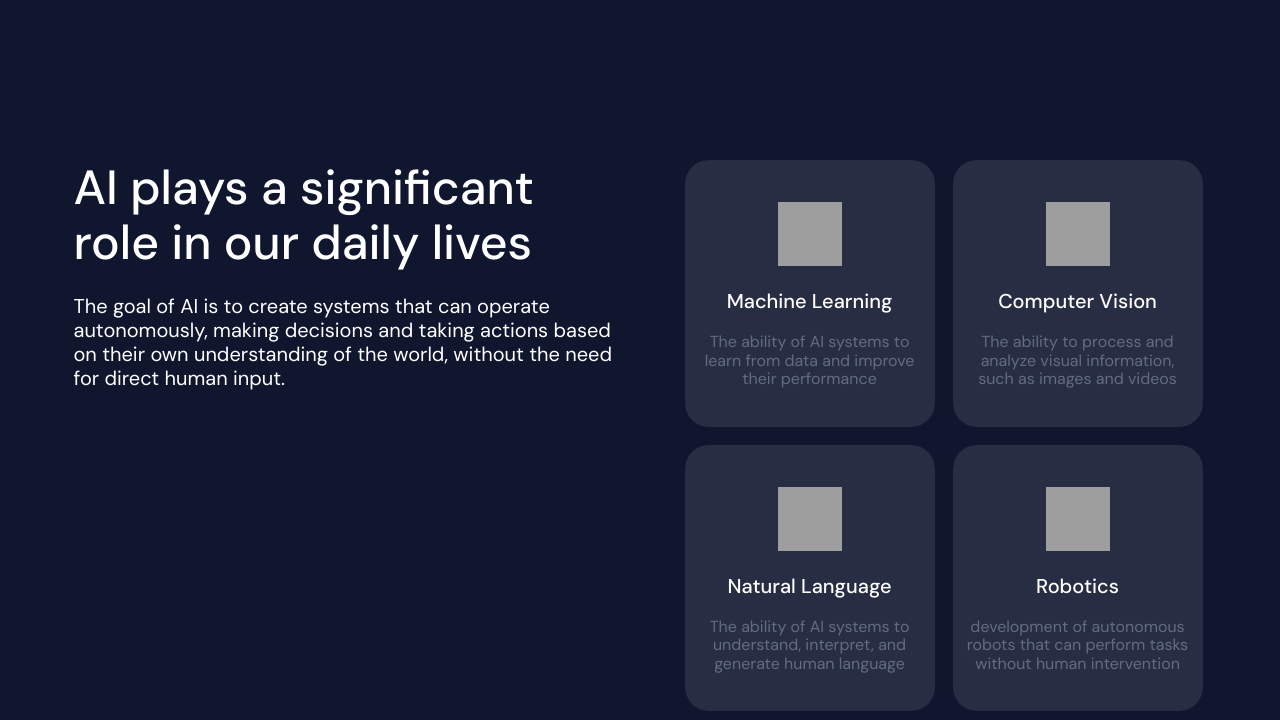
Repository: guli95/four-areas-of-AI-INVO-ACAdemy
Page: /
An editor plug-in stored every save of this project. The page is shown before and after the next save, followed by the edit.
The browser window is 1280 px wide. The pictures show the whole page.
Pictures or frames that could not be fetched are drawn as grey boxes. The project was rebuilt for these pictures with package versions that can differ from the ones it lists, and the page was loaded fresh each time.

Above is the page before, as saved 2023-03-13 15:34:47.

### index.html
<!DOCTYPE html>
<html lang="en">

<head>
  <meta charset="UTF-8" />
  <link rel="icon" type="image/svg+xml" href="/vite.svg" />
  <meta name="viewport" content="width=device-width, initial-scale=1.0" />
  <title>Four AI areas</title>
</head>

<!-- In order to start your challenge, remove all the content inside <div id="home-page"></div> and start coding :) -->

<body>
  <div id="home-page">
    <div class="flexbox-container">
      <div class="heading-wrapper">
        <h1 class="heading-title">AI plays a significant role in our daily lives</h1>
        <p class="heading-text">The goal of AI is to create systems that can operate autonomously, making decisions and taking actions based on their own understanding of the world, without the need for direct human input.</p>
      </div>
      <div class="card-container">
        <a href="" class="card-link">
        <div class="card">
          <img src="./public/images/card-icon1.png" alt="" class="card-img" role="presentation">
          <h3 class="card-title">Machine Learning</h3>
          <p class="card-text">The ability of AI systems to learn from data and improve their performance</p>
        </div>
        </a>
        <a href="" class="card-link">
        <div class="card">
          <img src="./public/images/card-icon2.png" alt="" class="card-img" role="presentation">
          <h3 class="card-title">Computer Vision</h3>
          <p class="card-text">The ability to process and analyze visual information, such as images and videos</p>
        </div>
        </a>
        <a href="" class="card-link">
        <div class="card">
          <img src="./public/images/card-icon3.png" alt="" class="card-img" role="presentation">
          <h3 class="card-title">Natural Language</h3>
          <p class="card-text">The ability of AI systems to understand, interpret, and generate human language</p>
        </div>
        </a>
        <a href="" class="card-link">
        <div class="card">
          <img src="./public/images/card-icon4.png" alt="" class="card-img" role="presentation">
          <h3 class="card-title">Robotics</h3>
          <p class="card-text">development of autonomous robots that can perform tasks without human intervention</p>
        </div>
        </a>
      </div>
    </div>
  </div>

  <script type="module" src="/src/global-scripts/main.js"></script>
</body>

</html>

### src/global-scripts/main.js
/// Main JavaScript File
/// Here we import all the global JavaScript files we need for our project.

import "../global-styles/style.scss";
import "../../src/pages/home-page/styles/home-page.scss";

### src/global-styles/style.scss
/// Main Styles File
/// Here we import all the global Styles files we need for our project.

@import "styles/normalize.scss";
@import "styles/root.scss";
@import "styles/fonts.scss";

body {
  font-family: 'DS sans', sans-serif;
  color: var(--color-primary);
}

p {
  color: var(--color-on-surface);
}

### src/pages/home-page/styles/home-page.scss
/// Homepage Styles File
/// Here we import all the Styles files we need for our Homepage.
@import '../../../global-styles/styles/_root.scss';

#home-page{
    color: var(--color-white);
    font-family: 'DM Sans',sans-serif;
    height: 100%;

 .flexbox-container{
    max-width: 1440px;
    padding: 0 20px;
    display: flex;
    justify-content: center;
    margin: 160px auto 0 auto;
    gap: 20px;
    @media screen and (max-width:1024px) {
        flex-direction:column;
        align-items: center;
        gap:24px;
    }
    @media screen and (max-width:480px) {
        padding: 48px 16px;
    }
    .heading-wrapper{
        font-family: "DM Sans", sans-serif;
        text-align: left ;
        vertical-align: top;
        max-width: 540px;
        padding-left: 47px;
        @media screen and (max-width:1024px) {
            width: 100%;
            padding: 0 16px;
        }
        .heading-title{
            font-size: var(--text-xl);
            font-weight: 500;
            line-height: 115%;
            letter-spacing: 0.2%;
            margin: 0 0 24px 0;
            @media screen and (max-width:1024px) {
                margin-bottom: 16px;
            }
            @media screen and (max-width:1024px) {
                font-size: var(--text-l);
            }
        }
        .heading-text{
            font-size: var(--text-m);
            line-height: 24px;
            font-weight: 300;

        }
        @media screen and (max-width:480px) {
            font-size: var(--text-s);
        }
    }
    .card-container{
        display: flex;
        justify-content: center;
        flex-wrap: wrap;
        gap: 18px;
        max-width: 620px;
        @media screen and (max-width:1024px) {
            width: 100%;
            gap:16px;
        }
        .card-link{
            display: flex;
            color: var(--color-white);
            text-decoration: none;
            flex-direction: column;
            justify-content: space-evenly;
            align-items: center;
            width: 230px;
            padding: 22px 10px;
            background-color:var(--color-secondary-grey);
            text-align: center;
            border-radius: var(--rounding-big);
            transition: .2s;
            &:hover{
                background-color: lighten($color: #272D42, $amount: 10) ;
            }
            @media screen and (max-width:480px) {
                width: 100%;
            }
            .card-img{
                margin-top: 20px;
                width: 64px;
                height: 64px;
                @media screen and (max-width:1024px) {
                    width: 56px;
                    height: 56px;
                }
            }
            .card-title{
                font-size: var(--text-m);
                font-weight: 500;
            }
            .card-text{
                font-size: var(--text-s);
                mix-blend-mode:soft-light;
                @media screen and (max-width:1024px) {
                    font-size: var(--text-xs);
                }
            }
        }

    }
}

}

### src/global-styles/styles/normalize.scss
/*! normalize.css v8.0.1 | MIT License | github.com/necolas/normalize.css */

/* Document
   ========================================================================== */

/**
 * 1. Correct the line height in all browsers.
 * 2. Prevent adjustments of font size after orientation changes in iOS.
 */

html {
  line-height: 1.15; /* 1 */
  -webkit-text-size-adjust: 100%; /* 2 */
  background-color: var(--color-primary-dark-blue);
}

/* Sections
   ========================================================================== */

/**
 * Remove the margin in all browsers.
 */

body {
  margin: 0;
}

/**
 * Render the `main` element consistently in IE.
 */

main {
  display: block;
}

/**
 * Correct the font size and margin on `h1` elements within `section` and
 * `article` contexts in Chrome, Firefox, and Safari.
 */

h1 {
  font-size: 2em;
  margin: 0.67em 0;
}

/* Grouping content
   ========================================================================== */

/**
 * 1. Add the correct box sizing in Firefox.
 * 2. Show the overflow in Edge and IE.
 */

hr {
  box-sizing: content-box; /* 1 */
  height: 0; /* 1 */
  overflow: visible; /* 2 */
}

/**
 * 1. Correct the inheritance and scaling of font size in all browsers.
 * 2. Correct the odd `em` font sizing in all browsers.
 */

pre {
  font-family: monospace, monospace; /* 1 */
  font-size: 1em; /* 2 */
}

/* Text-level semantics
   ========================================================================== */

/**
 * Remove the gray background on active links in IE 10.
 */

a {
  background-color: transparent;
}

/**
 * 1. Remove the bottom border in Chrome 57-
 * 2. Add the correct text decoration in Chrome, Edge, IE, Opera, and Safari.
 */

abbr[title] {
  border-bottom: none; /* 1 */
  text-decoration: underline; /* 2 */
  text-decoration: underline dotted; /* 2 */
}

/**
 * Add the correct font weight in Chrome, Edge, and Safari.
 */

b,
strong {
  font-weight: bolder;
}

/**
 * 1. Correct the inheritance and scaling of font size in all browsers.
 * 2. Correct the odd `em` font sizing in all browsers.
 */

code,
kbd,
samp {
  font-family: monospace, monospace; /* 1 */
  font-size: 1em; /* 2 */
}

/**
 * Add the correct font size in all browsers.
 */

small {
  font-size: 80%;
}

/**
 * Prevent `sub` and `sup` elements from affecting the line height in
 * all browsers.
 */

sub,
sup {
  font-size: 75%;
  line-height: 0;
  position: relative;
  vertical-align: baseline;
}

sub {
  bottom: -0.25em;
}

sup {
  top: -0.5em;
}

/* Embedded content
   ========================================================================== */

/**
 * Remove the border on images inside links in IE 10.
 */

img {
  border-style: none;
}

/* Forms
   ========================================================================== */

/**
 * 1. Change the font styles in all browsers.
 * 2. Remove the margin in Firefox and Safari.
 */

button,
input,
optgroup,
select,
textarea {
  font-family: inherit; /* 1 */
  font-size: 100%; /* 1 */
  line-height: 1.15; /* 1 */
  margin: 0; /* 2 */
}

/**
 * Show the overflow in IE.
 * 1. Show the overflow in Edge.
 */

button,
input { /* 1 */
  overflow: visible;
}

/**
 * Remove the inheritance of text transform in Edge, Firefox, and IE.
 * 1. Remove the inheritance of text transform in Firefox.
 */

button,
select { /* 1 */
  text-transform: none;
}

/**
 * Correct the inability to style clickable types in iOS and Safari.
 */

button,
[type="button"],
[type="reset"],
[type="submit"] {
  -webkit-appearance: button;
}

/**
 * Remove the inner border and padding in Firefox.
 */

button::-moz-focus-inner,
[type="button"]::-moz-focus-inner,
[type="reset"]::-moz-focus-inner,
[type="submit"]::-moz-focus-inner {
  border-style: none;
  padding: 0;
}

/**
 * Restore the focus styles unset by the previous rule.
 */

button:-moz-focusring,
[type="button"]:-moz-focusring,
[type="reset"]:-moz-focusring,
[type="submit"]:-moz-focusring {
  outline: 1px dotted ButtonText;
}

/**
 * Correct the padding in Firefox.
 */

fieldset {
  padding: 0.35em 0.75em 0.625em;
}

/**
 * 1. Correct the text wrapping in Edge and IE.
 * 2. Correct the color inheritance from `fieldset` elements in IE.
 * 3. Remove the padding so developers are not caught out when they zero out
 *    `fieldset` elements in all browsers.
 */

legend {
  box-sizing: border-box; /* 1 */
  color: inherit; /* 2 */
  display: table; /* 1 */
  max-width: 100%; /* 1 */
  padding: 0; /* 3 */
  white-space: normal; /* 1 */
}

/**
 * Add the correct vertical alignment in Chrome, Firefox, and Opera.
 */

progress {
  vertical-align: baseline;
}

/**
 * Remove the default vertical scrollbar in IE 10+.
 */

textarea {
  overflow: auto;
}

/**
 * 1. Add the correct box sizing in IE 10.
 * 2. Remove the padding in IE 10.
 */

[type="checkbox"],
[type="radio"] {
  box-sizing: border-box; /* 1 */
  padding: 0; /* 2 */
}

/**
 * Correct the cursor style of increment and decrement buttons in Chrome.
 */

[type="number"]::-webkit-inner-spin-button,
[type="number"]::-webkit-outer-spin-button {
  height: auto;
}

/**
 * 1. Correct the odd appearance in Chrome and Safari.
 * 2. Correct the outline style in Safari.
 */

[type="search"] {
  -webkit-appearance: textfield; /* 1 */
  outline-offset: -2px; /* 2 */
}

/**
 * Remove the inner padding in Chrome and Safari on macOS.
 */

[type="search"]::-webkit-search-decoration {
  -webkit-appearance: none;
}

/**
 * 1. Correct the inability to style clickable types in iOS and Safari.
 * 2. Change font properties to `inherit` in Safari.
 */

::-webkit-file-upload-button {
  -webkit-appearance: button; /* 1 */
  font: inherit; /* 2 */
}

/* Interactive
   ========================================================================== */

/*
 * Add the correct display in Edge, IE 10+, and Firefox.
 */

details {
  display: block;
}

/*
 * Add the correct display in all browsers.
 */

summary {
  display: list-item;
}

/* Misc
   ========================================================================== */

/**
 * Add the correct display in IE 10+.
 */

template {
  display: none;
}

/**
 * Add the correct display in IE 10.
 */

[hidden] {
  display: none;
}

### src/global-styles/styles/root.scss
/// Root Styles file
/// Here we define all the root variables we need for our project.
/// For examples see Material Design color system: https://m2.material.io/design/color/the-color-system.html

:root {
    $--color-primary-dark-blue: #0F162D !global;
    --color-primary-pink: #CA59FF;
    --color-primary-purple: #6C7CFF;
    --color-primary-green: #2AFFFF;
    --color-primary-yellow: #FFF629;
    --color-white: #FFFFFF;
    --color-black: #000;
    --color-secondary-grey:#272D42;

}

### src/global-styles/styles/fonts.scss
/// Main Fonts File
/// Here we import all the fonts files we need for our project.

@import url('https://fonts.googleapis.com/css2?family=Roboto:ital,wght@0,100;0,300;0,400;0,500;0,700;0,900;1,100;1,300;1,400;1,500;1,700;1,900&display=swap');
@import url('https://fonts.googleapis.com/css2?family=DM+Sans:wght@400;500&display=swap');

### src/global-styles/styles/_root.scss
/// Root Styles file
/// Here we define all the root variables we need for our project.
/// For examples see Material Design color system: https://m2.material.io/design/color/the-color-system.html

:root {
    //colors
    --color-primary-dark-blue: #0F162D ;
    --color-primary-pink: #CA59FF;
    --color-primary-purple: #6C7CFF;
    --color-primary-green: #2AFFFF;
    --color-primary-yellow: #FFF629;
    --color-white: #FFFFFF;
    --color-black: #000;
    --color-secondary-grey:#272D42;

    //font-size
    --text-xl:48px;
    --text-l:32px;
    --text-m:20px;
    --text-s:16px;
    --text-xs:14px;

    //rounding
    --rounding-big:24px;
    --rounding-small:16px;
}

After the next save:
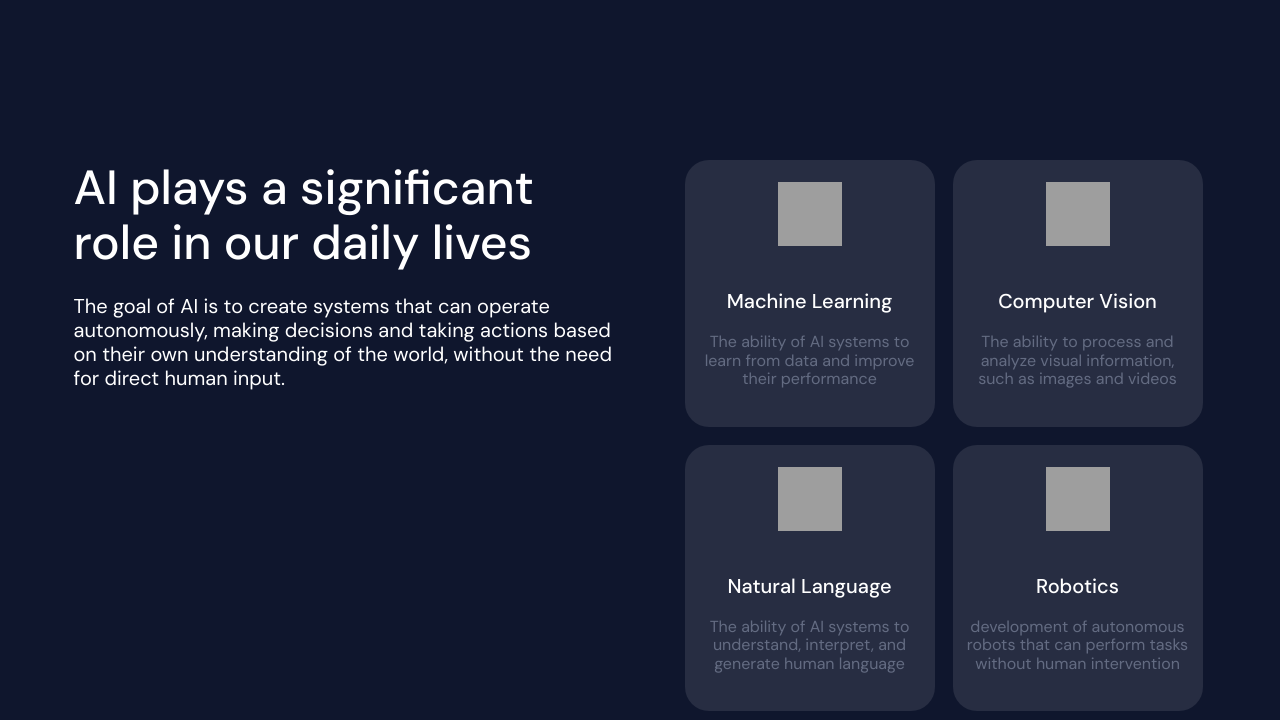
Saved 12 s later.
--- a/src/pages/home-page/styles/home-page.scss
+++ b/src/pages/home-page/styles/home-page.scss
@@ -85,7 +85,7 @@
                 width: 100%;
             }
             .card-img{
-                margin-top: 20px;
+                margin-bottom: 20px;
                 width: 64px;
                 height: 64px;
                 @media screen and (max-width:1024px) {
